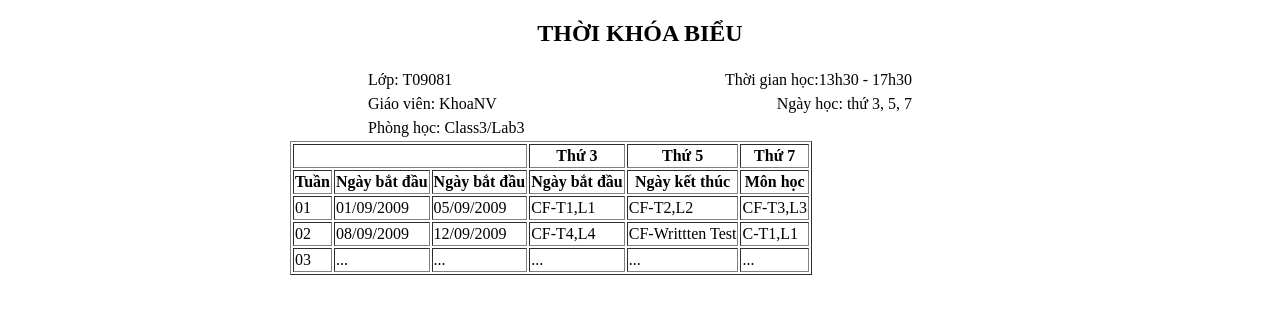
Repository: Lehuyhuynh/BT1-HTML
Page: index.html
An editor plug-in stored every save of this project. The page is shown before and after the next save, followed by the edit.
The browser window is 1280 px wide. The pictures show the whole page.

Above is the page before, as saved 2023-08-06 21:56:32.

### index.html
<!DOCTYPE html>
<html lang="en">
<head>
  <meta charset="UTF-8">
  <meta name="viewport" content="width=device-width, initial-scale=1.0">
  <title>THỜI KHÓA BIỂU</title>

  <style>

    h2{
      text-align: center;
    }
    #table1{
      width: 550px;
    margin-left: auto;
    margin-right: auto;
    }
    #table2{
      width: 700px;
    display: block;
    margin-left: auto;
    margin-right: auto;
    }
    tr,th,td{
      height: 20px;
    }

  </style>

</head>
<body>

  <div >

    <div>
      <h2> THỜI KHÓA BIỂU</h2>
    </div>

    <div>
      <table id="table1">
          <tr>
              <td align="left">Lớp: T09081</td>
              <td align="right">Thời gian học:13h30 - 17h30</td>
          </tr>
          <tr>
              <td align="left">Giáo viên: KhoaNV</td>
              <td align="right">Ngày học: thứ 3, 5, 7 </td>
          </tr>
          <tr>
              <td align="left">Phòng học: Class3/Lab3</td>
          </tr>
      </table>
  </div>

    <div id="table2">
      <table border="1">
        <thead>

          <tr>
            <th colspan="3"></th>
            <th id="rank" >Thứ 3</th>
            <th id="rank">Thứ 5</th>
            <th id="rank">Thứ 7</th>
          </tr>

          <tr>
            <th>Tuần</th>
            <th id="">Ngày bắt đầu</th>
            <th id="">Ngày bắt đầu</th>
            <th id="">Ngày bắt đầu</th>
            <th>Ngày kết thúc</th>
            <th colspan="3">Môn học</th>
          </tr>

        </thead>

        <tr>
          <td>01</td>
          <td>01/09/2009</td>
          <td>05/09/2009</td>
          <td>CF-T1,L1</td>
          <td>CF-T2,L2</td>
          <td>CF-T3,L3</td>
        </tr>

        <tr>
          <td>02</td>
          <td>08/09/2009</td>
          <td>12/09/2009</td>
          <td>CF-T4,L4</td>
          <td>CF-Writtten Test</td>
          <td>C-T1,L1</td>
        </tr>

        <tr>
          <td>03</td>
          <td>...</td>
          <td>...</td>
          <td>...</td>
          <td>...</td>
          <td>...</td>
        </tr>

      </table>
    </div>


  </div>

</body>
</html>

After the next save:
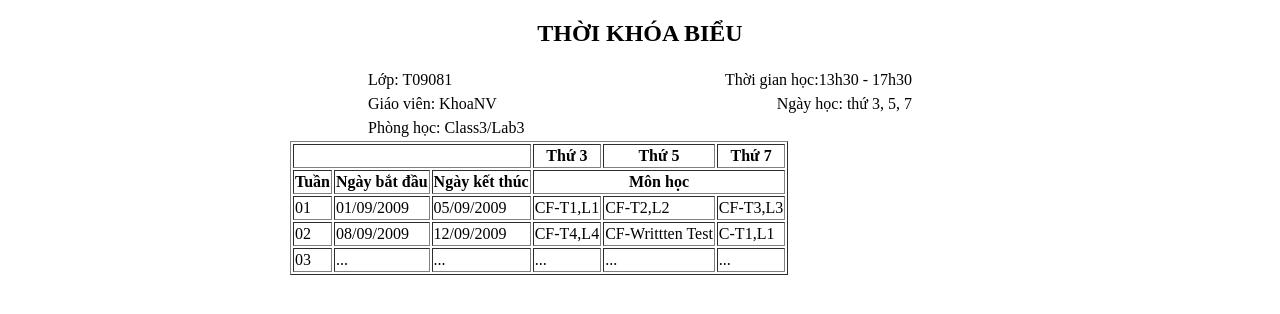
Saved 14 s later.
--- a/index.html
+++ b/index.html
@@ -66,8 +66,7 @@
           <tr>
             <th>Tuần</th>
             <th id="">Ngày bắt đầu</th>
-            <th id="">Ngày bắt đầu</th>
-            <th id="">Ngày bắt đầu</th>
+
             <th>Ngày kết thúc</th>
             <th colspan="3">Môn học</th>
           </tr>
